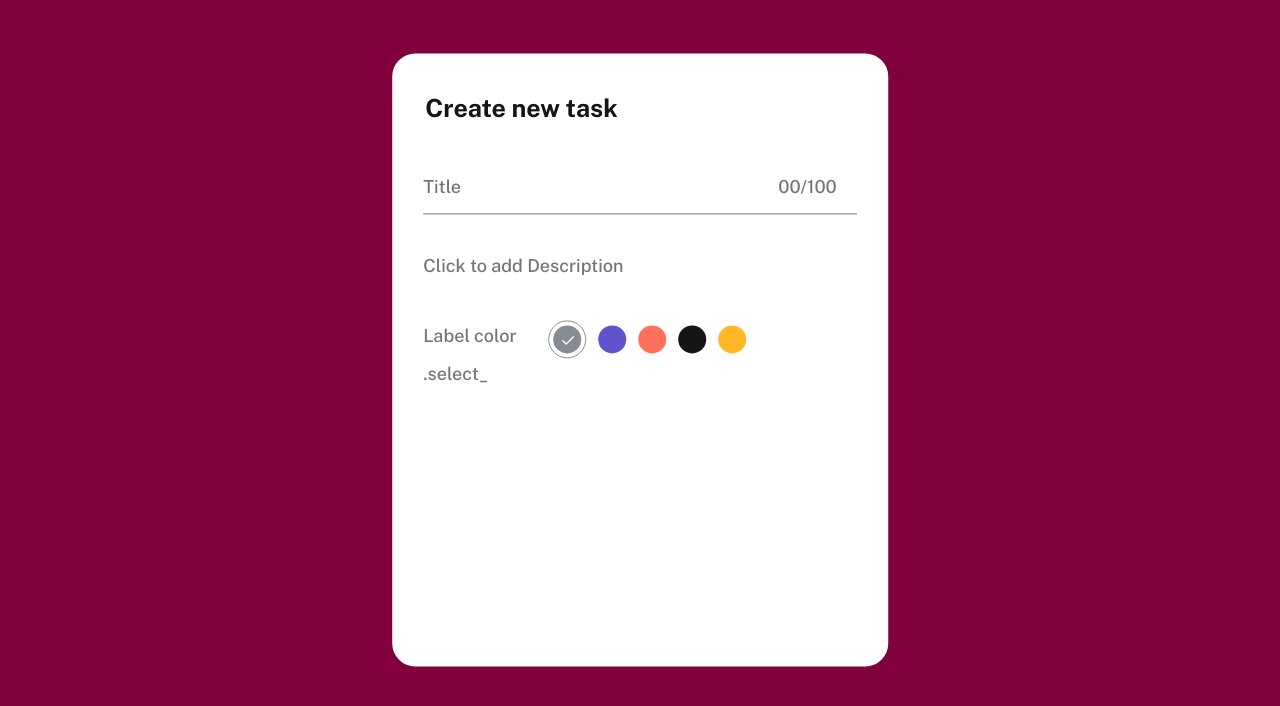
Repository: MorgunovaAlexandra/verstka-form
Page: index.html
An editor plug-in stored every save of this project. The page is shown before and after the next save, followed by the edit.
The browser window is 1280 px wide. The pictures show the whole page.
The style sheet was rebuilt from its Sass, Less or Tailwind sources for each picture, by a compiler version that may differ from the author's.

Above is the page before, as saved 2022-06-24 13:54:47.

### index.html
<!DOCTYPE html>
<html lang="ru">
<head>
    <meta charset="UTF-8">
    <meta http-equiv="X-UA-Compatible" content="IE=edge">
    <meta name="viewport" content="width=device-width, initial-scale=1.0">
    <link rel="stylesheet" href="./css/style.css">
    <title>Document</title>
</head>
<body>
    <div class="wrapper">
       <form class="form">

           <div class="fieldset">
            <legend><b>Create new task</b></legend>
            <div class="form__container __container">
            <div class="text-field">
                <input class="text-field__input" type="text" name="firstname" id="firstname"
                >
                <label class="text-field__label" for="username">Title</label>
                <label class="text-field__label2" for="username">00/100</label>
              </div>
              <div class="form-field__text">Click to add Description</div>
              <div class="form-fied__color field-color">
                  <div class="field-color__text">Label color</div>
                  <div class="field-color__color circle">
                      <div class="circle__border">
                          <div class="circle__color grey">
                              <img class="circle__img" src="./img/done.svg">
                          </div>
                      </div>
                      <div class="circle__color purple"></div>
                      <div class="circle__color red"></div>
                      <div class="circle__color black"></div>
                      <div class="circle__color yellow"></div>
                  </div>
              </div>
              <div class="form-field__select">
                  .select_
              </div>
              </div>
           </div>
        </form>
    </div>
</body>
</html>

### scss/style.scss
@import "variables";
@import "mixins";
@import url('https://fonts.googleapis.com/css2?family=Public+Sans:wght@500;700&display=swap');
body {
   @include vov(rgb(128, 0, 62));
   font-family:$fontFamily ;
   font-weight: $fontWaight;
   line-height: $lineHeight;
   font-size: $fontSize;
   color:$ColorGrey;
}
.__container{
    padding-left: 31px;
    padding-right: 31px;
}
.form{
    width: 495.55px;
    height: 613.21px;
    background-color: white;
    border-radius: 23px;
     box-sizing: border-box;
    position: fixed; top: 50%; left: 50%;
    -webkit-transform: translate(-50%, -50%);
    -ms-transform: translate(-50%, -50%);
    transform: translate(-50%, -50%);
}
legend{
    margin-top: 40px;
    margin-left: 31px;
    font-weight: 700;
    font-size: 25px;
    color:$ColorBlack;
}
.text-field{
    position: relative;
    display: flex;
    justify-content: center;
    margin-top: 46px;
    margin-bottom: 36px;

}
.text-field__input{
    width: 100%;
    height: 40px;
    border: none;
    border-bottom: 1px solid $ColorGrey ;

    }
.text-field__label{
   position: absolute;
   left: 0px;

}
.text-field__label2{
    position: absolute;
    right: 20px;
}
.form-field__text{
    margin-bottom: 38px;
}
.form-fied__color{
    display: flex;
    justify-content: flex-start;
}
.field-color__text{
margin-right: 32px;
}
.field-color__color{
    display: flex;
   align-items: center;
}

.circle__border{
    position: relative;
    width: 36px;
    height: 36px;
    border-radius: 50%;
    border: 1px solid #878C93;
}
.grey{
    position: absolute;
    width: 28px;
    height: 28px;
    top:4px;
    left: 4px;
    border-color: #878C93;
    border-radius: 50%;
    z-index: 30;

    background-color:
    #878C93;
}
.circle__img{
    position: absolute;
    top:10px;
    left: 8px;
}
.circle__color{
    width: 28px;
    height: 28px;
    border-radius: 50%;
    margin-right:12px ;
}
.purple{
    background-color: #6153CC;
    margin-left: 12px;
}
.red{
    background-color:#FF715B;
}
.black{
    background-color:$ColorBlack;
}
.yellow{
    background-color:#FFB627;
    margin-right:0px ;
}
.select{
    appearance: none;
    border: 1px solid #566789;
    opacity: 26%;
    width: 100%;
    height: 50px;
    border-radius: 7px;
    cursor: pointer;
    padding-left: 37px;
    padding-top: 15px;
    padding-bottom: 16px;
    padding-right: 35px;
    font-size: 15px;
}

### scss/variables.scss
$bgColor: green;
$fontFamily:'Public Sans', sans-serif;
$fontWaight:500;
$fontSize:18px;
$lineHeight:31.86px;
$ColorBlack:#151515;
$ColorGrey:#757575;

### scss/mixins.scss
@mixin vov($color) {
    font-size: 30px;
    background-color:$color ;
}

After the next save:
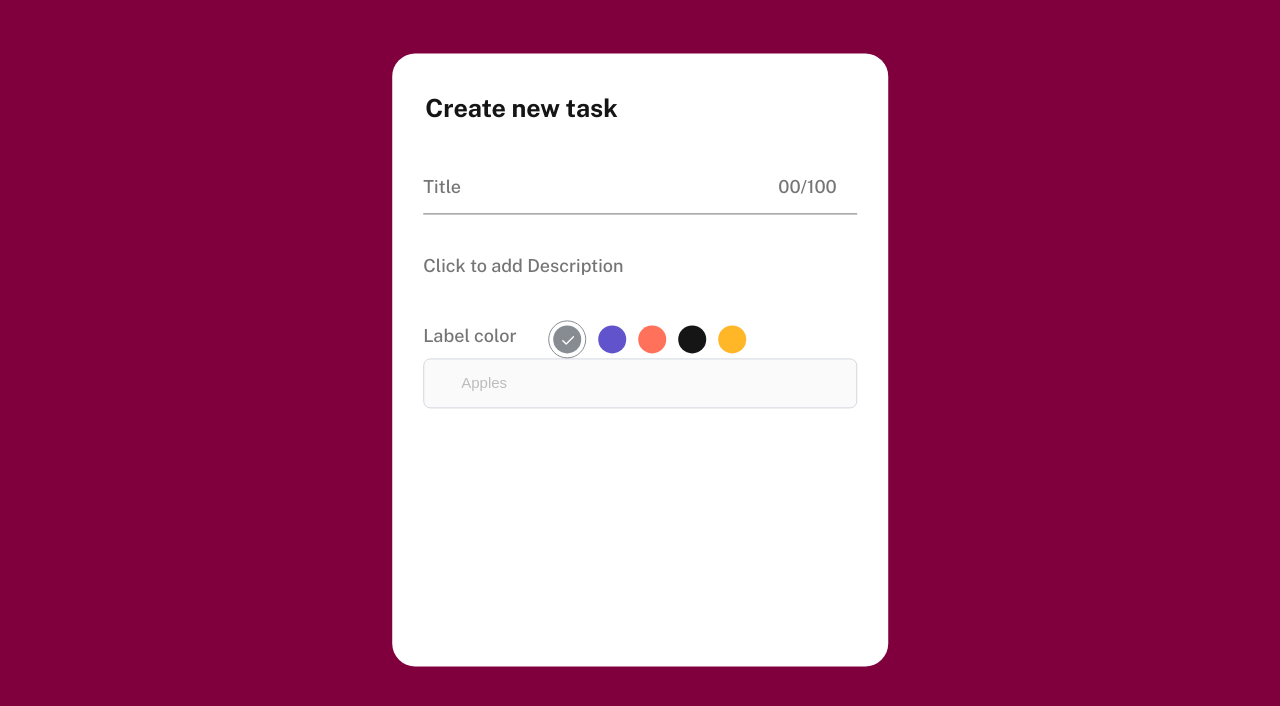
Saved 5 s later.
--- a/index.html
+++ b/index.html
@@ -36,7 +36,13 @@
                   </div>
               </div>
               <div class="form-field__select">
-                  .select_
+                  <div class="select__arrow">
+                    <select name="select-category" id="" class="select">
+                        <option value="1">Apples</option>
+                        <option value="2">Bananas</option>
+                        <option value="3">Grapes</option>
+                      </select>
+                  </div>
               </div>
               </div>
            </div>
